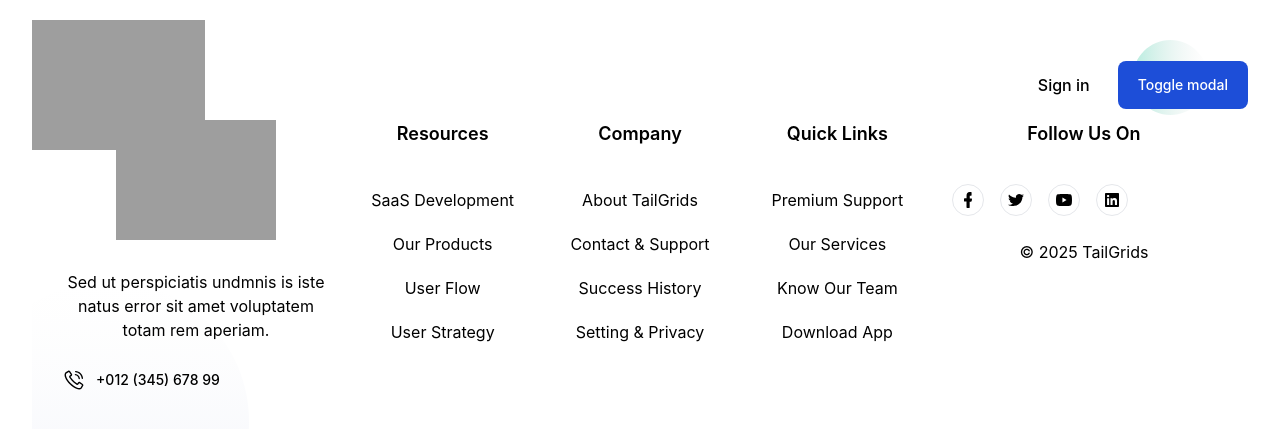
Repository: sayanroychaudhuri/React-One-Page-Ecommerce-Product-List
Page: /
The author's editor kept a copy of each file at every save. The page is drawn from the files as they stood at one save, then again after the next save.
The browser window is 1280 px wide. The pictures show the whole page.
Pictures or frames that could not be fetched are drawn as grey boxes. The page's requests for data from a server got no answer. The project was rebuilt for these pictures with package versions that can differ from the ones it lists, and the page was loaded fresh each time. No one was signed in, and anything a server would have sent is missing.

Above is the page before, as saved 2024-02-01 19:46:02.

### src/App.js
import './App.css';
import Home from './components/products/Home';

function App() {
  return (
    <div className="App">
      <div className='container'><Home /></div>
    </div>
  );
}

export default App;

### src/components/products/Home.js
import React,{ Suspense, lazy,useEffect,useState } from 'react'
import Header from './Header';
import Footer from './Footer';
import axios from 'axios';

const delayForDemo = (promise) =>{
    return new Promise(resolve => {
      setTimeout(resolve, 1000);
    }).then(() => promise);
  }



function Home() {
    const [products,setProducts] = useState([])
  const [pagination,setPagination] = useState({skip:0,total:0,currentPage:1})
  const getProductList = ()=>{
    axios.get(`https://dummyjson.com/products?limit=8&skip=${pagination.skip}`)
    .then(function (response) {
      // handle success
      let products = response.data.products;
      setProducts(products);
      setPagination({...pagination,total: Math.ceil(response.data.total/8)})
    })
    .catch(function (error) {
      // handle error
      console.log(error);
    })
}
const _changePage = (page)=>{
    setPagination({...pagination,currentPage: page,skip: ((8*page)-8)})
  }

  useEffect(() => {
    setProducts([])
    getProductList()
  }, [pagination.currentPage])
  const ProductList = lazy(() => import('./ProductList.js'));
  return (
    <React.Fragment>
      <Header />
      {products.length> 0 &&
      <Suspense fallback={'<div>Loading</div>'}>
          <ProductList products={products} pagination={pagination} _changePagination={_changePage} />
        </Suspense>}
     <Footer />
  </React.Fragment>
  )
}

export default Home

### src/components/products/Header.js
import React, { useState } from "react";
import $ from 'jquery';
const Header = () => {
  return (
    <>
      <Navbar />
    </>
  );
};

export default Header;

const Navbar = () => {
  const [open, setOpen] = useState(false);
 const toggleModal = ()=>{
  $('#login-modal').show().addClass('modal-open');
 }
  return (
    <header className={`absolute left-0 top-0 z-20 flex w-full items-center`}>
      <div className="container">
        <div className="relative -mx-4 flex items-center justify-between">
          <div className="w-60 max-w-full px-4">
            <a href="/#" className="block w-full py-5">
              <img
                src="https://cdn.tailgrids.com/2.0/image/assets/images/logo/logo.svg"
                alt="logo"
                className="w-full dark:hidden"
              />
              <img
                src="https://cdn.tailgrids.com/2.0/image/assets/images/logo/logo-white.svg"
                alt="logo"
                className="w-full hidden dark:block"
              />
            </a>
          </div>
          <div className="flex w-full items-center justify-between px-4">
            <div>
              <button
                onClick={() => setOpen(!open)}
                id="navbarToggler"
                className={` ${
                  open && "navbarTogglerActive"
                } absolute right-4 top-1/2 block -translate-y-1/2 rounded-lg px-3 py-[6px] ring-primary focus:ring-2 lg:hidden`}
              >
                <span className="relative my-[6px] block h-[2px] w-[30px] bg-body-color dark:bg-white"></span>
                <span className="relative my-[6px] block h-[2px] w-[30px] bg-body-color dark:bg-white"></span>
                <span className="relative my-[6px] block h-[2px] w-[30px] bg-body-color dark:bg-white"></span>
              </button>
            </div>
            <div className="hidden justify-end pr-16 sm:flex lg:pr-0">
              <a
                href="/#"
                className="px-7 py-3 text-base font-medium text-dark hover:text-primary dark:text-white"
              >
                Sign in
              </a>
<button onClick={()=>toggleModal('open')} className="block text-white bg-blue-700 hover:bg-blue-800 focus:ring-4 focus:outline-none focus:ring-blue-300 font-medium rounded-lg text-sm px-5 py-2.5 text-center dark:bg-blue-600 dark:hover:bg-blue-700 dark:focus:ring-blue-800" type="button">
  Toggle modal
</button>
<div id="login-modal" tabIndex="-1" aria-hidden="true" className="hidden overflow-y-auto overflow-x-hidden fixed top-0 right-0 left-0 z-50 justify-center items-center w-full md:inset-0 h-[calc(100%-1rem)] max-h-full">
    <div className="relative p-4 w-full max-w-md max-h-full">
        <div className="relative bg-white rounded-lg shadow dark:bg-gray-700">
            <div className="flex items-center justify-between p-4 md:p-5 border-b rounded-t dark:border-gray-600">
                <h3 className="text-xl font-semibold text-gray-900 dark:text-white">
                    Sign in to our platform
                </h3>
                <button type="button" className="end-2.5 text-gray-400 bg-transparent hover:bg-gray-200 hover:text-gray-900 rounded-lg text-sm w-8 h-8 ms-auto inline-flex justify-center items-center dark:hover:bg-gray-600 dark:hover:text-white" data-modal-hide="authentication-modal">
                    <svg className="w-3 h-3" aria-hidden="true" xmlns="http://www.w3.org/2000/svg" fill="none" viewBox="0 0 14 14">
                        <path stroke="currentColor" strokeLinecap="round" strokeLinejoin="round" strokeWidth="2" d="m1 1 6 6m0 0 6 6M7 7l6-6M7 7l-6 6"/>
                    </svg>
                    <span className="sr-only">Close modal</span>
                </button>
            </div>
            <div className="p-4 md:p-5">
                <form className="space-y-4" action="#">
                    <div>
                        <label htmlFor="email" className="block mb-2 text-sm font-medium text-gray-900 dark:text-white">Your email</label>
                        <input type="email" name="email" id="email" className="bg-gray-50 border border-gray-300 text-gray-900 text-sm rounded-lg focus:ring-blue-500 focus:border-blue-500 block w-full p-2.5 dark:bg-gray-600 dark:border-gray-500 dark:placeholder-gray-400 dark:text-white" placeholder="name@company.com" required />
                    </div>
                    <div>
                        <label htmlFor="password" className="block mb-2 text-sm font-medium text-gray-900 dark:text-white">Your password</label>
                        <input type="password" name="password" id="password" placeholder="••••••••" className="bg-gray-50 border border-gray-300 text-gray-900 text-sm rounded-lg focus:ring-blue-500 focus:border-blue-500 block w-full p-2.5 dark:bg-gray-600 dark:border-gray-500 dark:placeholder-gray-400 dark:text-white" required />
                    </div>
                    <div className="flex justify-between">
                        <div className="flex items-start">
                            <div className="flex items-center h-5">
                                <input id="remember" type="checkbox" value="" className="w-4 h-4 border border-gray-300 rounded bg-gray-50 focus:ring-3 focus:ring-blue-300 dark:bg-gray-600 dark:border-gray-500 dark:focus:ring-blue-600 dark:ring-offset-gray-800 dark:focus:ring-offset-gray-800" required />
                            </div>
                            <label htmlFor="remember" className="ms-2 text-sm font-medium text-gray-900 dark:text-gray-300">Remember me</label>
                        </div>
                        <a href="#" className="text-sm text-blue-700 hover:underline dark:text-blue-500">Lost Password?</a>
                    </div>
                    <button type="submit" className="w-full text-white bg-blue-700 hover:bg-blue-800 focus:ring-4 focus:outline-none focus:ring-blue-300 font-medium rounded-lg text-sm px-5 py-2.5 text-center dark:bg-blue-600 dark:hover:bg-blue-700 dark:focus:ring-blue-800">Login to your account</button>
                    <div className="text-sm font-medium text-gray-500 dark:text-gray-300">
                        Not registered? <a href="#" className="text-blue-700 hover:underline dark:text-blue-500">Create account</a>
                    </div>
                </form>
            </div>
        </div>
    </div>
</div>
            </div>
          </div>
        </div>
      </div>
    </header>
  );
};

const ListItem = ({ children, NavLink }) => {
  return (
    <>
      <li>
        <a
          href={NavLink}
          className="flex py-2 text-base font-medium text-dark hover:text-primary dark:text-white lg:ml-10 lg:inline-flex"
        >
          {children}
        </a>
      </li>
    </>
  );
};

### src/components/products/Footer.js
import React from "react";

const Footer = () => {
  return (
    <>
      <footer className="relative z-10 bg-white pb-10 pt-20 dark:bg-dark lg:pb-20 lg:pt-[120px]">
        <div className="container">
          <div className="-mx-4 flex flex-wrap">
            <div className="w-full px-4 sm:w-2/3 lg:w-3/12">
              <div className="mb-10 w-full">
                <a href="/#" className="mb-6 inline-block max-w-[160px]">
                  <img
                    src="https://cdn.tailgrids.com/2.0/image/assets/images/logo/logo.svg"
                    alt="logo"
                    className="max-w-full dark:hidden"
                  />
                  <img
                    src="https://cdn.tailgrids.com/2.0/image/assets/images/logo/logo-white.svg"
                    alt="logo"
                    className="max-w-full hidden dark:block"
                  />
                </a>
                <p className="mb-7 text-base text-body-color dark:text-dark-6">
                  Sed ut perspiciatis undmnis is iste natus error sit amet
                  voluptatem totam rem aperiam.
                </p>
                <p className="flex items-center text-sm font-medium text-dark dark:text-white">
                  <span className="mr-3 text-primary">
                    <svg
                      width="20"
                      height="20"
                      viewBox="0 0 20 20"
                      fill="none"
                      xmlns="http://www.w3.org/2000/svg"
                    >
                      <g clip-path="url(#clip0_941_15626)">
                        <path
                          d="M15.1875 19.4688C14.3438 19.4688 13.375 19.25 12.3125 18.8438C10.1875 18 7.84377 16.375 5.75002 14.2813C3.65627 12.1875 2.03127 9.84377 1.18752 7.68752C0.250019 5.37502 0.343769 3.46877 1.43752 2.40627C1.46877 2.37502 1.53127 2.34377 1.56252 2.31252L4.18752 0.750025C4.84377 0.375025 5.68752 0.562525 6.12502 1.18752L7.96877 3.93753C8.40627 4.59378 8.21877 5.46877 7.59377 5.90627L6.46877 6.68752C7.28127 8.00002 9.59377 11.2188 13.2813 13.5313L13.9688 12.5313C14.5 11.7813 15.3438 11.5625 16.0313 12.0313L18.7813 13.875C19.4063 14.3125 19.5938 15.1563 19.2188 15.8125L17.6563 18.4375C17.625 18.5 17.5938 18.5313 17.5625 18.5625C17 19.1563 16.1875 19.4688 15.1875 19.4688ZM2.37502 3.46878C1.78127 4.12503 1.81252 5.46877 2.50002 7.18752C3.28127 9.15627 4.78127 11.3125 6.75002 13.2813C8.68752 15.2188 10.875 16.7188 12.8125 17.5C14.5 18.1875 15.8438 18.2188 16.5313 17.625L18.0313 15.0625C18.0313 15.0313 18.0313 15.0313 18.0313 15L15.2813 13.1563C15.2813 13.1563 15.2188 13.1875 15.1563 13.2813L14.4688 14.2813C14.0313 14.9063 13.1875 15.0938 12.5625 14.6875C8.62502 12.25 6.18752 8.84377 5.31252 7.46877C4.90627 6.81252 5.06252 5.96878 5.68752 5.53128L6.81252 4.75002V4.71878L4.96877 1.96877C4.96877 1.93752 4.93752 1.93752 4.90627 1.96877L2.37502 3.46878Z"
                          fill="currentColor"
                        />
                        <path
                          d="M18.3125 8.90633C17.9375 8.90633 17.6563 8.62508 17.625 8.25008C17.375 5.09383 14.7813 2.56258 11.5938 2.34383C11.2188 2.31258 10.9063 2.00008 10.9375 1.59383C10.9688 1.21883 11.2813 0.906333 11.6875 0.937583C15.5625 1.18758 18.7188 4.25008 19.0313 8.12508C19.0625 8.50008 18.7813 8.84383 18.375 8.87508C18.375 8.90633 18.3438 8.90633 18.3125 8.90633Z"
                          fill="currentColor"
                        />
                        <path
                          d="M15.2187 9.18755C14.875 9.18755 14.5625 8.93755 14.5312 8.56255C14.3437 6.87505 13.0312 5.56255 11.3437 5.3438C10.9687 5.31255 10.6875 4.93755 10.7187 4.56255C10.75 4.18755 11.125 3.9063 11.5 3.93755C13.8437 4.2188 15.6562 6.0313 15.9375 8.37505C15.9687 8.75005 15.7187 9.0938 15.3125 9.1563C15.25 9.18755 15.2187 9.18755 15.2187 9.18755Z"
                          fill="currentColor"
                        />
                      </g>
                      <defs>
                        <clipPath id="clip0_941_15626">
                          <rect width="20" height="20" fill="white" />
                        </clipPath>
                      </defs>
                    </svg>
                  </span>
                  <span>+012 (345) 678 99</span>
                </p>
              </div>
            </div>

            <LinkGroup header="Resources">
              <NavLink link="/#" label="SaaS Development" />
              <NavLink link="/#" label="Our Products" />
              <NavLink link="/#" label="User Flow" />
              <NavLink link="/#" label="User Strategy" />
            </LinkGroup>
            <LinkGroup header="Company">
              <NavLink link="/#" label="About TailGrids" />
              <NavLink link="/#" label="Contact & Support" />
              <NavLink link="/#" label="Success History" />
              <NavLink link="/#" label="Setting & Privacy" />
            </LinkGroup>
            <LinkGroup header="Quick Links">
              <NavLink link="/#" label="Premium Support" />
              <NavLink link="/#" label="Our Services" />
              <NavLink link="/#" label="Know Our Team" />
              <NavLink link="/#" label="Download App" />
            </LinkGroup>

            <div className="w-full px-4 sm:w-1/2 lg:w-3/12">
              <div className="mb-10 w-full">
                <h4 className="mb-9 text-lg font-semibold text-dark dark:text-white">
                  Follow Us On
                </h4>
                <div className="mb-6 flex items-center">
                  <a
                    href="javascript:void(0)"
                    className="mr-3 flex h-8 w-8 items-center justify-center rounded-full border border-stroke text-dark hover:border-primary hover:bg-primary hover:text-white dark:border-dark-3 dark:text-white dark:hover:border-primary sm:mr-4 lg:mr-3 xl:mr-4"
                  >
                    <svg
                      width="8"
                      height="16"
                      viewBox="0 0 8 16"
                      className="fill-current"
                    >
                      <path d="M7.43902 6.4H6.19918H5.75639V5.88387V4.28387V3.76774H6.19918H7.12906C7.3726 3.76774 7.57186 3.56129 7.57186 3.25161V0.516129C7.57186 0.232258 7.39474 0 7.12906 0H5.51285C3.76379 0 2.54609 1.44516 2.54609 3.5871V5.83226V6.34839H2.10329H0.597778C0.287819 6.34839 0 6.63226 0 7.04516V8.90323C0 9.26452 0.243539 9.6 0.597778 9.6H2.05902H2.50181V10.1161V15.3032C2.50181 15.6645 2.74535 16 3.09959 16H5.18075C5.31359 16 5.42429 15.9226 5.51285 15.8194C5.60141 15.7161 5.66783 15.5355 5.66783 15.3806V10.1419V9.62581H6.13276H7.12906C7.41688 9.62581 7.63828 9.41935 7.68256 9.10968V9.08387V9.05806L7.99252 7.27742C8.01466 7.09677 7.99252 6.89032 7.85968 6.68387C7.8154 6.55484 7.61614 6.42581 7.43902 6.4Z" />
                    </svg>
                  </a>
                  <a
                    href="javascript:void(0)"
                    className="mr-3 flex h-8 w-8 items-center justify-center rounded-full border border-stroke text-dark hover:border-primary hover:bg-primary hover:text-white dark:border-dark-3 dark:text-white dark:hover:border-primary sm:mr-4 lg:mr-3 xl:mr-4"
                  >
                    <svg
                      width="16"
                      height="12"
                      viewBox="0 0 16 12"
                      className="fill-current"
                    >
                      <path d="M14.2194 2.06654L15.2 0.939335C15.4839 0.634051 15.5613 0.399217 15.5871 0.2818C14.8129 0.704501 14.0903 0.845401 13.6258 0.845401H13.4452L13.3419 0.751468C12.7226 0.258317 11.9484 0 11.1226 0C9.31613 0 7.89677 1.36204 7.89677 2.93542C7.89677 3.02935 7.89677 3.17025 7.92258 3.26419L8 3.73386L7.45806 3.71037C4.15484 3.61644 1.44516 1.03327 1.00645 0.587084C0.283871 1.76125 0.696774 2.88845 1.13548 3.59296L2.0129 4.90802L0.619355 4.20352C0.645161 5.18982 1.05806 5.96477 1.85806 6.52838L2.55484 6.99804L1.85806 7.25636C2.29677 8.45401 3.27742 8.94716 4 9.13503L4.95484 9.36986L4.05161 9.93346C2.60645 10.8728 0.8 10.8024 0 10.7319C1.62581 11.7652 3.56129 12 4.90323 12C5.90968 12 6.65806 11.9061 6.83871 11.8356C14.0645 10.2857 14.4 4.41487 14.4 3.2407V3.07632L14.5548 2.98239C15.4323 2.23092 15.7935 1.8317 16 1.59687C15.9226 1.62035 15.8194 1.66732 15.7161 1.6908L14.2194 2.06654Z" />
                    </svg>
                  </a>
                  <a
                    href="javascript:void(0)"
                    className="mr-3 flex h-8 w-8 items-center justify-center rounded-full border border-stroke text-dark hover:border-primary hover:bg-primary hover:text-white dark:border-dark-3 dark:text-white dark:hover:border-primary sm:mr-4 lg:mr-3 xl:mr-4"
                  >
                    <svg
                      width="16"
                      height="12"
                      viewBox="0 0 16 12"
                      className="fill-current"
                    >
                      <path d="M15.6645 1.88018C15.4839 1.13364 14.9419 0.552995 14.2452 0.359447C13.0065 6.59222e-08 8 0 8 0C8 0 2.99355 6.59222e-08 1.75484 0.359447C1.05806 0.552995 0.516129 1.13364 0.335484 1.88018C0 3.23502 0 6 0 6C0 6 0 8.79263 0.335484 10.1198C0.516129 10.8664 1.05806 11.447 1.75484 11.6406C2.99355 12 8 12 8 12C8 12 13.0065 12 14.2452 11.6406C14.9419 11.447 15.4839 10.8664 15.6645 10.1198C16 8.79263 16 6 16 6C16 6 16 3.23502 15.6645 1.88018ZM6.4 8.57143V3.42857L10.5548 6L6.4 8.57143Z" />
                    </svg>
                  </a>
                  <a
                    href="javascript:void(0)"
                    className="mr-3 flex h-8 w-8 items-center justify-center rounded-full border border-stroke text-dark hover:border-primary hover:bg-primary hover:text-white dark:border-dark-3 dark:text-white dark:hover:border-primary sm:mr-4 lg:mr-3 xl:mr-4"
                  >
                    <svg
                      width="14"
                      height="14"
                      viewBox="0 0 14 14"
                      className="fill-current"
                    >
                      <path d="M13.0214 0H1.02084C0.453707 0 0 0.451613 0 1.01613V12.9839C0 13.5258 0.453707 14 1.02084 14H12.976C13.5432 14 13.9969 13.5484 13.9969 12.9839V0.993548C14.0422 0.451613 13.5885 0 13.0214 0ZM4.15142 11.9H2.08705V5.23871H4.15142V11.9ZM3.10789 4.3129C2.42733 4.3129 1.90557 3.77097 1.90557 3.11613C1.90557 2.46129 2.45002 1.91935 3.10789 1.91935C3.76577 1.91935 4.31022 2.46129 4.31022 3.11613C4.31022 3.77097 3.81114 4.3129 3.10789 4.3129ZM11.9779 11.9H9.9135V8.67097C9.9135 7.90323 9.89082 6.8871 8.82461 6.8871C7.73571 6.8871 7.57691 7.74516 7.57691 8.60323V11.9H5.51254V5.23871H7.53154V6.16452H7.55423C7.84914 5.62258 8.50701 5.08065 9.52785 5.08065C11.6376 5.08065 12.0232 6.43548 12.0232 8.2871V11.9H11.9779Z" />
                    </svg>
                  </a>
                </div>
                <p className="text-base text-body-color dark:text-dark-6">
                  &copy; 2025 TailGrids
                </p>
              </div>
            </div>
          </div>
        </div>
        <div>
          <span className="absolute bottom-0 left-0 z-[-1]">
            <svg
              width={217}
              height={229}
              viewBox="0 0 217 229"
              fill="none"
              xmlns="http://www.w3.org/2000/svg"
            >
              <path
                d="M-64 140.5C-64 62.904 -1.096 1.90666e-05 76.5 1.22829e-05C154.096 5.49924e-06 217 62.904 217 140.5C217 218.096 154.096 281 76.5 281C-1.09598 281 -64 218.096 -64 140.5Z"
                fill="url(#paint0_linear_1179_5)"
              />
              <defs>
                <linearGradient
                  id="paint0_linear_1179_5"
                  x1="76.5"
                  y1={281}
                  x2="76.5"
                  y2="1.22829e-05"
                  gradientUnits="userSpaceOnUse"
                >
                  <stop stopColor="#3056D3" stopOpacity="0.08" />
                  <stop offset={1} stopColor="#C4C4C4" stopOpacity={0} />
                </linearGradient>
              </defs>
            </svg>
          </span>
          <span className="absolute right-10 top-10 z-[-1]">
            <svg
              width={75}
              height={75}
              viewBox="0 0 75 75"
              fill="none"
              xmlns="http://www.w3.org/2000/svg"
            >
              <path
                d="M37.5 -1.63918e-06C58.2107 -2.54447e-06 75 16.7893 75 37.5C75 58.2107 58.2107 75 37.5 75C16.7893 75 -7.33885e-07 58.2107 -1.63918e-06 37.5C-2.54447e-06 16.7893 16.7893 -7.33885e-07 37.5 -1.63918e-06Z"
                fill="url(#paint0_linear_1179_4)"
              />
              <defs>
                <linearGradient
                  id="paint0_linear_1179_4"
                  x1="-1.63917e-06"
                  y1="37.5"
                  x2={75}
                  y2="37.5"
                  gradientUnits="userSpaceOnUse"
                >
                  <stop stopColor="#13C296" stopOpacity="0.31" />
                  <stop offset={1} stopColor="#C4C4C4" stopOpacity={0} />
                </linearGradient>
              </defs>
            </svg>
          </span>
        </div>
      </footer>
    </>
  );
};

export default Footer;

const LinkGroup = ({ children, header }) => {
  return (
    <>
      <div className="w-full px-4 sm:w-1/2 lg:w-2/12">
        <div className="mb-10 w-full">
          <h4 className="mb-9 text-lg font-semibold text-dark dark:text-white">
            {header}
          </h4>
          <ul className="space-y-3">{children}</ul>
        </div>
      </div>
    </>
  );
};

const NavLink = ({ link, label }) => {
  return (
    <li>
      <a
        href={link}
        className="inline-block text-base leading-loose text-body-color hover:text-primary dark:text-dark-6"
      >
        {label}
      </a>
    </li>
  );
};

### tailwind.config.js
/** @type {import('tailwindcss').Config} */
module.exports = {
  content: [
    "./src/**/*.{js,jsx,ts,tsx}",
  ],
  theme: {
    container: {
      center: true,
      padding: '2rem'
    },
  },
  plugins: [],
}

Loaded but not shown: public/index.html (common file); src/index.js (common file); src/index.css (common file); src/reportWebVitals.js (common file); src/App.css (common file)

After the next save:
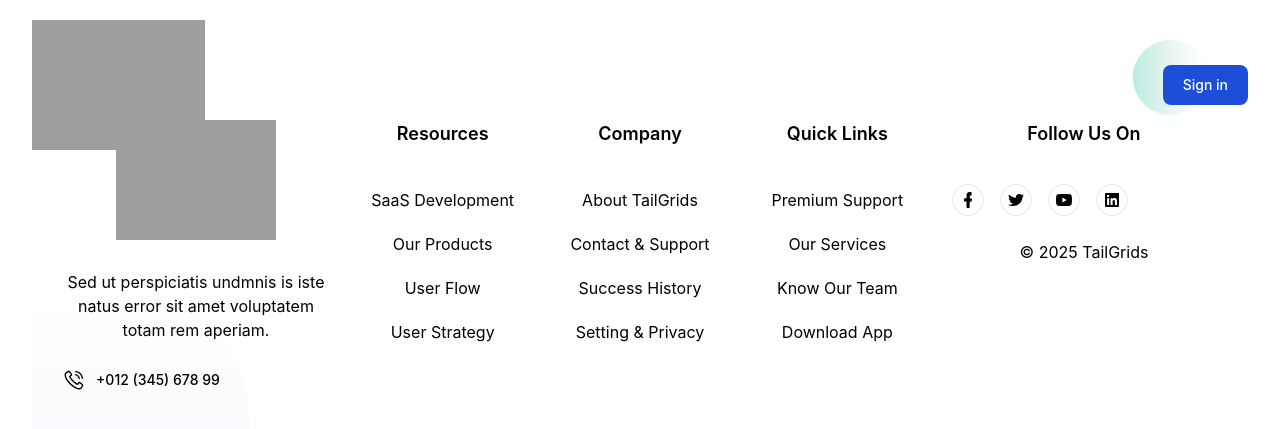
Saved 108 s later.
--- a/src/components/products/Header.js
+++ b/src/components/products/Header.js
@@ -12,8 +12,17 @@ export default Header;
 
 const Navbar = () => {
   const [open, setOpen] = useState(false);
- const toggleModal = ()=>{
-  $('#login-modal').show().addClass('modal-open');
+ const toggleModal = (type)=>{
+  if(type==='open'){
+    $('#login-modal').show().addClass('modal-open');
+  }else{
+    var modal = $('#login-modal');
+  modal.removeClass('modal-open');
+  setTimeout(function() {
+    modal.hide();
+  },200);
+  }
+
  }
   return (
     <header className={`absolute left-0 top-0 z-20 flex w-full items-center`}>
@@ -48,14 +57,8 @@ const Navbar = () => {
               </button>
             </div>
             <div className="hidden justify-end pr-16 sm:flex lg:pr-0">
-              <a
-                href="/#"
-                className="px-7 py-3 text-base font-medium text-dark hover:text-primary dark:text-white"
-              >
-                Sign in
-              </a>
 <button onClick={()=>toggleModal('open')} className="block text-white bg-blue-700 hover:bg-blue-800 focus:ring-4 focus:outline-none focus:ring-blue-300 font-medium rounded-lg text-sm px-5 py-2.5 text-center dark:bg-blue-600 dark:hover:bg-blue-700 dark:focus:ring-blue-800" type="button">
-  Toggle modal
+Sign in
 </button>
 <div id="login-modal" tabIndex="-1" aria-hidden="true" className="hidden overflow-y-auto overflow-x-hidden fixed top-0 right-0 left-0 z-50 justify-center items-center w-full md:inset-0 h-[calc(100%-1rem)] max-h-full">
     <div className="relative p-4 w-full max-w-md max-h-full">
@@ -64,7 +67,7 @@ const Navbar = () => {
                 <h3 className="text-xl font-semibold text-gray-900 dark:text-white">
                     Sign in to our platform
                 </h3>
-                <button type="button" className="end-2.5 text-gray-400 bg-transparent hover:bg-gray-200 hover:text-gray-900 rounded-lg text-sm w-8 h-8 ms-auto inline-flex justify-center items-center dark:hover:bg-gray-600 dark:hover:text-white" data-modal-hide="authentication-modal">
+                <button type="button" className="end-2.5 text-gray-400 bg-transparent hover:bg-gray-200 hover:text-gray-900 rounded-lg text-sm w-8 h-8 ms-auto inline-flex justify-center items-center dark:hover:bg-gray-600 dark:hover:text-white" onClick={()=>toggleModal('close')}>
                     <svg className="w-3 h-3" aria-hidden="true" xmlns="http://www.w3.org/2000/svg" fill="none" viewBox="0 0 14 14">
                         <path stroke="currentColor" strokeLinecap="round" strokeLinejoin="round" strokeWidth="2" d="m1 1 6 6m0 0 6 6M7 7l6-6M7 7l-6 6"/>
                     </svg>
